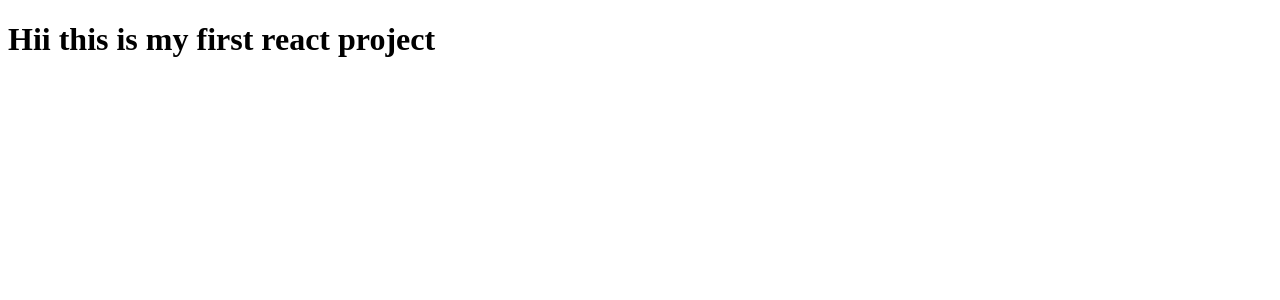
Repository: Strong02coder/REACT-HINDI---01
Page: / (app in vitereact-01/)
These files come from the project's save history. The page is drawn as it stood at one moment and after a run of saves; the edit follows.
The browser window is 1280 px wide. The pictures show the whole page.
The project was rebuilt for these pictures with package versions that can differ from the ones it lists, and the page was loaded fresh each time. Also part of the build but not shown: vitereact-01/vite.config.js.

Above is the page before, as saved 2024-06-12 17:28:26.

After the next 4 saves:
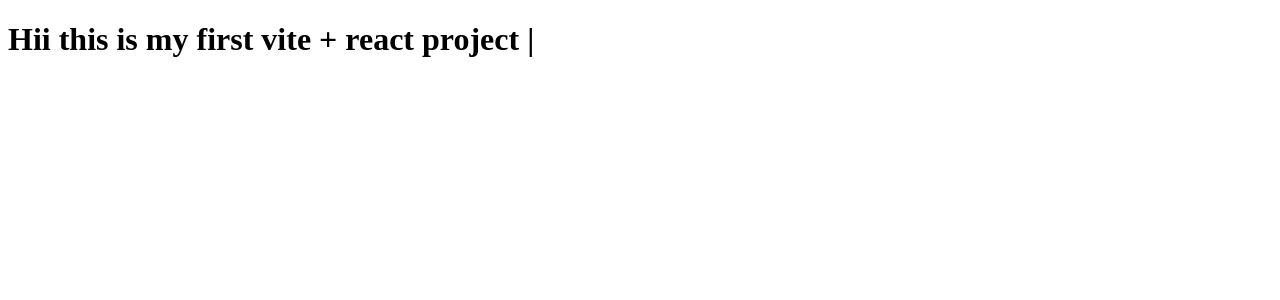
The 4 saves are shown as one change because they came seconds apart.
The last was saved 42 s later.
--- a/vitereact-01/src/App.jsx
+++ b/vitereact-01/src/App.jsx
@@ -2,7 +2,7 @@
 function App() {
 
   return (
-    <h1>Hii this is my first react project</h1>
+    <h1>Hii this is my first vite + react project |</h1>
   )
 }
 
